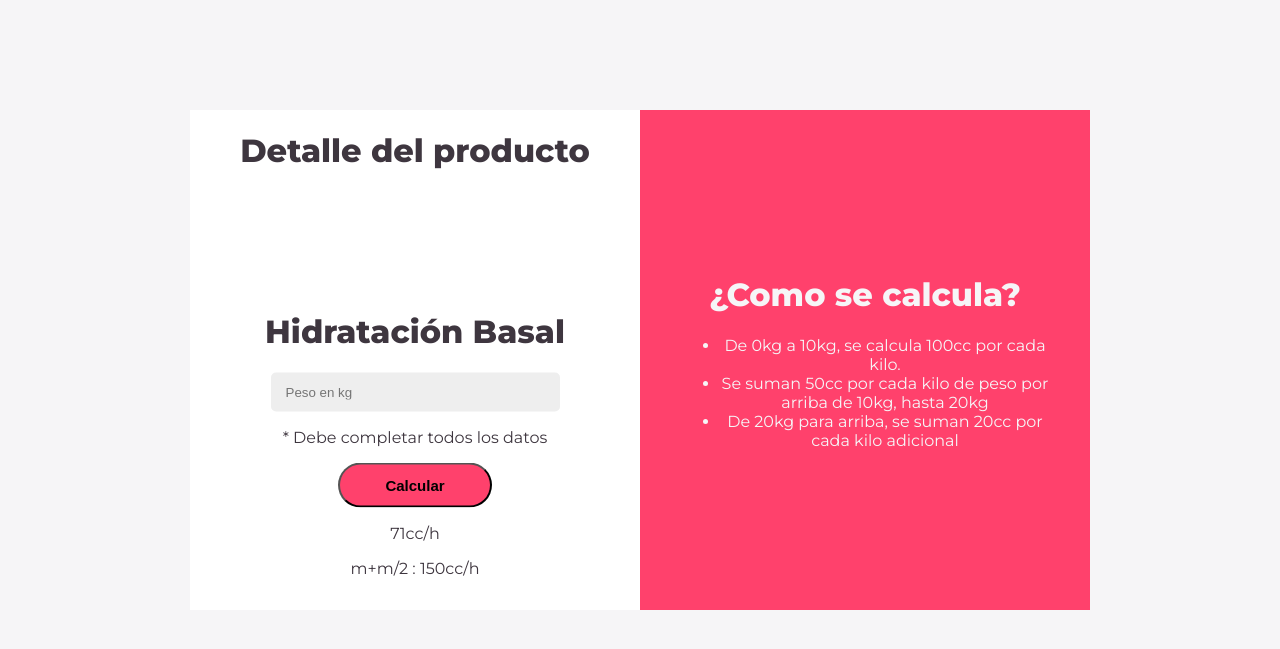
Repository: Fredy452/calculadora_basal
Page: index.html
These files come from the project's save history. The page is drawn as it stood at one moment and after the next save; the edit follows.
The browser window is 1280 px wide. The pictures show the whole page.

Above is the page before, as saved 2023-04-21 08:03:37.

### index.html
<!DOCTYPE html>
<html lang="en">
<head>
    <meta charset="UTF-8">
    <meta http-equiv="X-UA-Compatible" content="IE=edge">
    <meta name="viewport" content="width=device-width, initial-scale=1.0">
    <title>Calculadora de hidratación</title>
    <link rel="stylesheet" href="style.css">
</head>
<body>
    <div id="contenedor">
        <div id="calculadora">
            <h1>Detalle del producto</h1>
            <div class="contenido">
                <h1>Hidratación Basal</h1>
                <input type="number" name="peso" id="peso" placeholder="Peso en kg">
                <p>* Debe completar todos los datos</p>
                <button>Calcular</button>
                <p>71cc/h</p>
                <p>m+m/2 : 150cc/h</p>
            </div>
        </div>
        <div id="detalle">
            <div class="contenido">
                <h1>¿Como se calcula?</h1>
                <ul>
                    <li>De 0kg a 10kg, se calcula 100cc por cada kilo.</li>
                    <li>Se suman 50cc por cada kilo de peso por arriba de 10kg, hasta 20kg</li>
                    <li>De 20kg para arriba, se suman 20cc por cada kilo adicional</li>
                </ul>
            </div>
        </div>
    </div>
</body>
</html>

### style.css
@import url('https://fonts.googleapis.com/css?family=Montserrat:400,800');

body{
    font-family: 'Montserrat', sans-serif;
    background: #f6f5f7;
    color: #3E363F;
}
#contenedor{
    width: 900px;
    height: 500px;
    position: absolute;
    text-align: center;
    inset: 0;
    margin: auto;
}
#calculadora{
    background: white;
    width: 50%;
    height: 100%;
    float: left;
}
#detalle{
    background: #FF416C;
    width: 50%;
    height: 100%;
    float: left;
    color: #f6f5f7;
}
.contenido{
    /* Centrando el contenido de los divs */
    position: relative;
    top: 50%;
    transform: translateY(-50%);
    overflow: hidden;
    padding: 40px;
}
input{
    width: 70%;
    padding: 12px 15px;
    border: none;
    background-color: #eee;
    outline: none;
    border-radius: 5px;
    transition: background-color 0.2s, border 0.2s, box-shadow 0.3s;
}
input:hover{
    background-color:#ebe8eb;
    border: 1px solid rgb(143, 138, 138);
    box-shadow: 0 0 10px rgb(126, 122, 122);
}
button{
    font-size: 15px;
    font-weight: bold;
    padding: 12px 45px;
    border-radius: 30px;
    background-color: #ff416c;
}

After the next save:
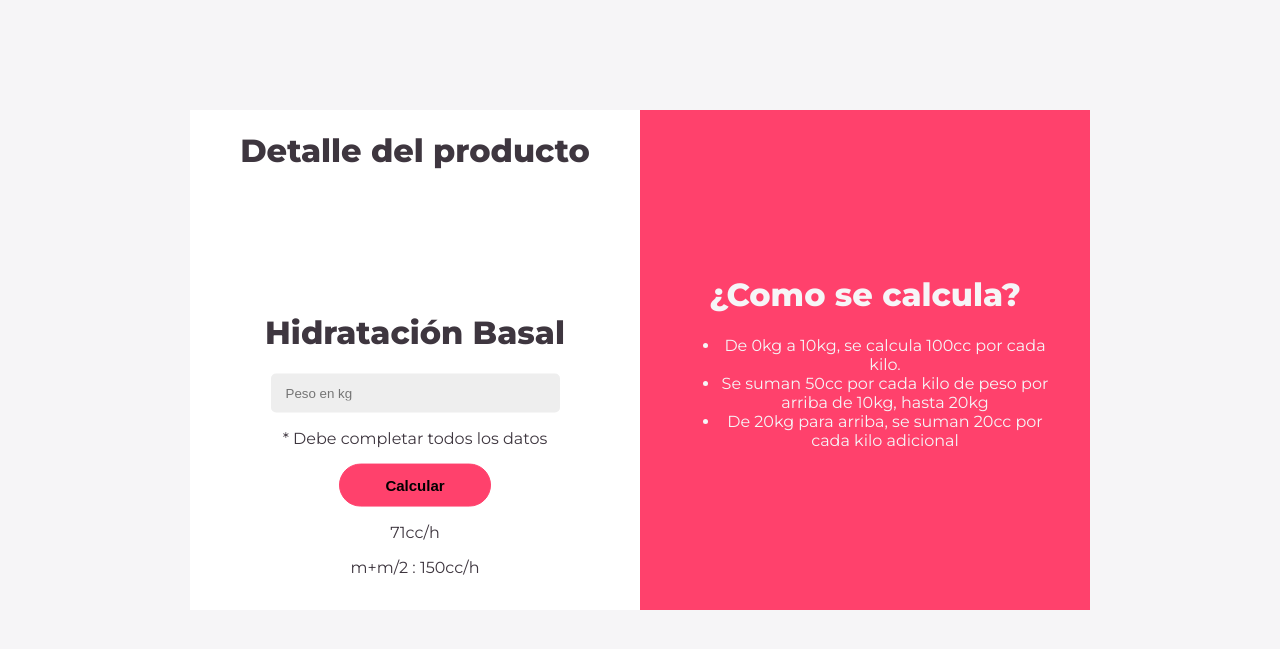
Saved 41 s later.
--- a/style.css
+++ b/style.css
@@ -54,4 +54,5 @@ button{
     padding: 12px 45px;
     border-radius: 30px;
     background-color: #ff416c;
+    border: 1px solid #ff416c;
 }
